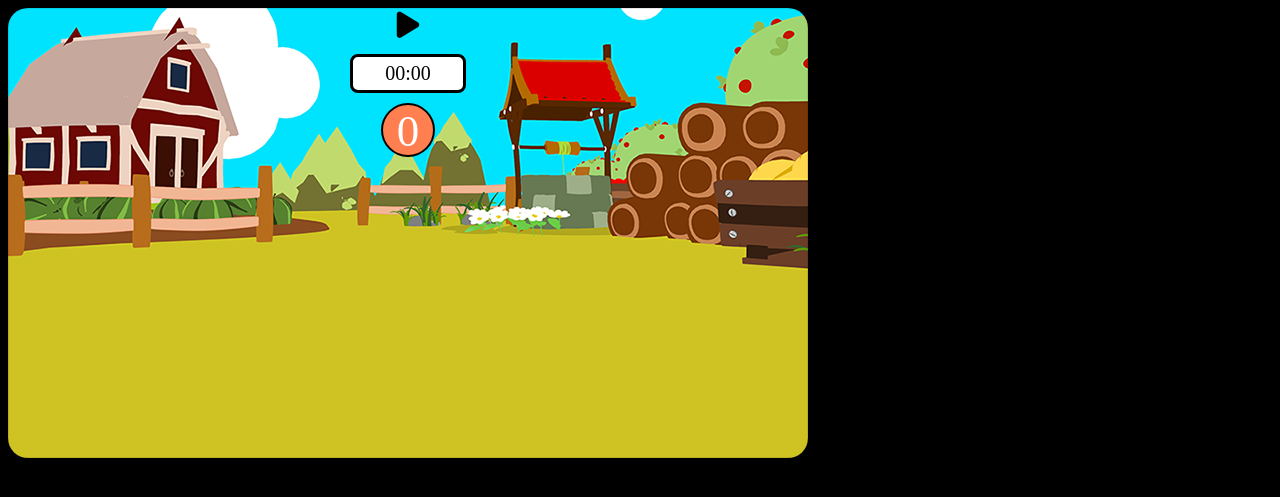
Repository: rladpwl0512/dreamcoding_browser101
Page: (7) catch-carrot-game/catch carrot/index.html
The author's editor kept a copy of each file at every save. The page is drawn from the files as they stood at one save, then again after the next save.
The browser window is 1280 px wide. The pictures show the whole page.
Some web libraries are served in a nearby version.

Above is the page before, as saved 2021-10-06 19:39:34.

After the next save:
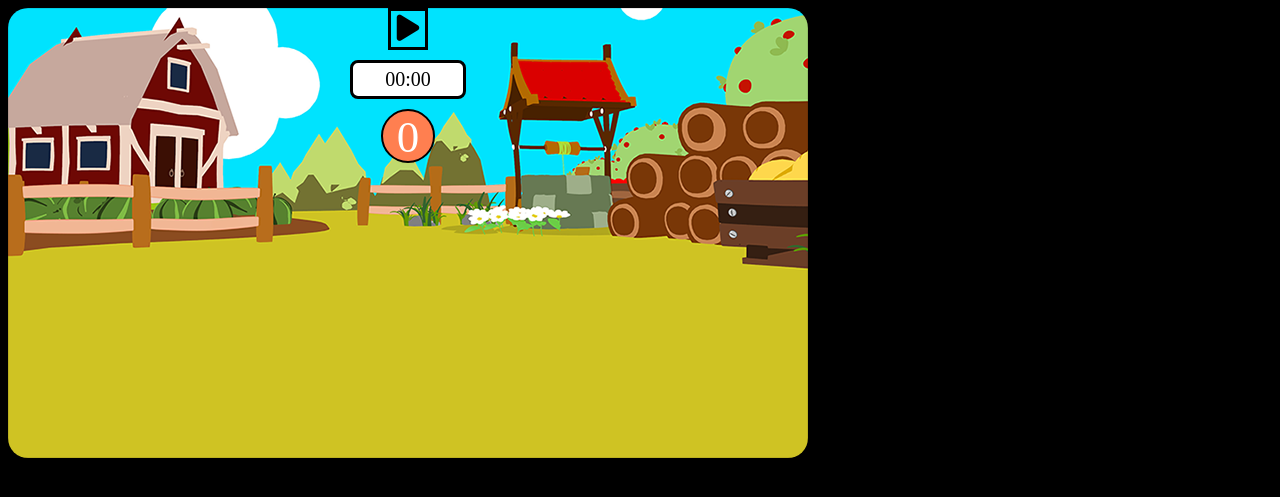
Saved 14 s later.
--- a/(7) catch-carrot-game/catch carrot/style.css
+++ b/(7) catch-carrot-game/catch carrot/style.css
@@ -25,6 +25,7 @@ button {
   display: block;
   margin: 0 auto;
   font-size: 30px;
+  border: 3px solid black;
 }
 
 .timer {
@@ -36,7 +37,6 @@ button {
   margin: 0 auto;
   font-size: 20px;
   margin: 10px auto 0;
-
 }
 
 .count {
